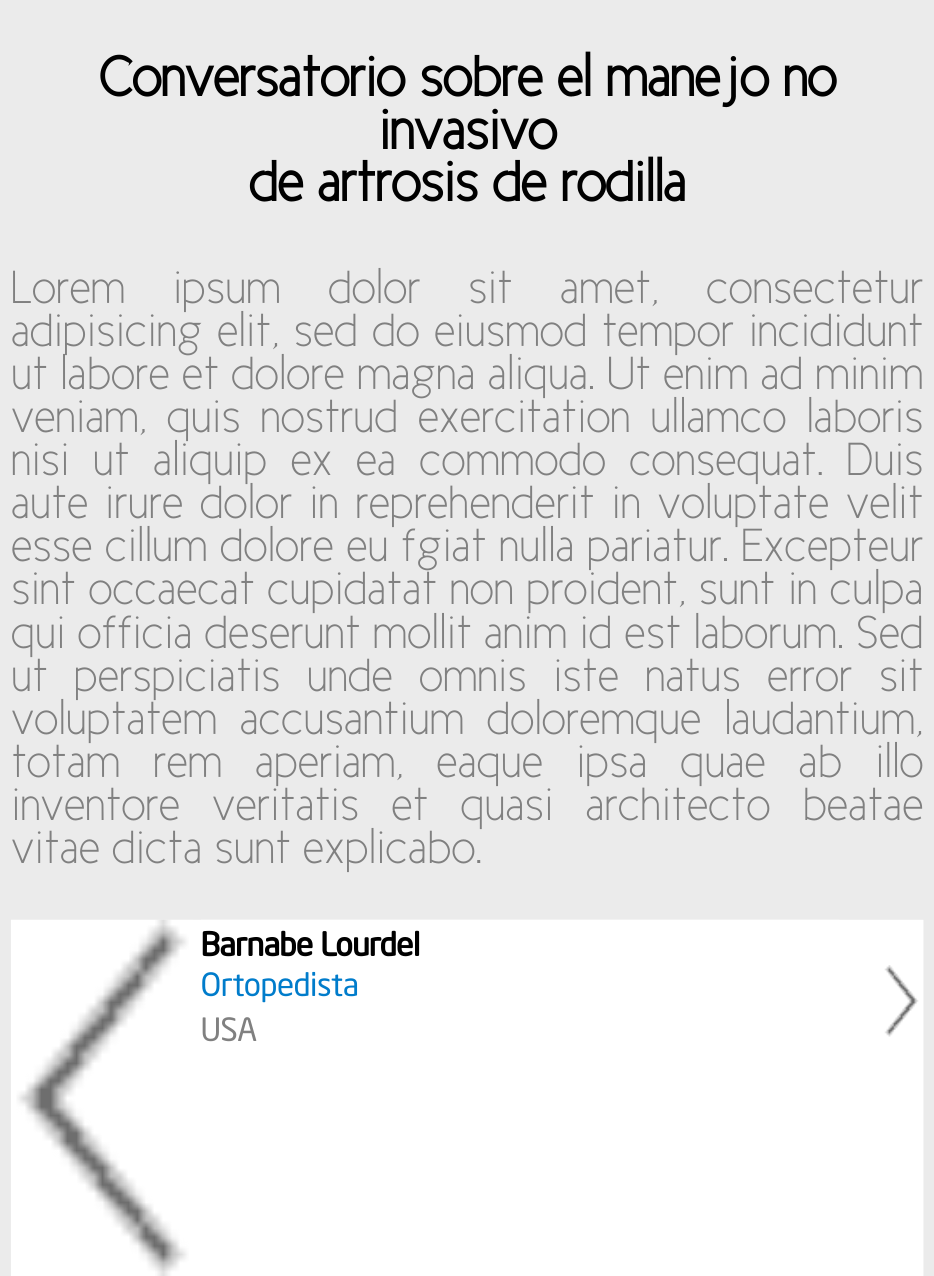
Repository: pacoigloo/Anexia
Page: home.html
The author's editor kept a record of every edit. The page is drawn from the files as they stood at one moment, then again after the next edit.
The browser window is 1280 px wide. The pictures show the whole page, at 73% of full size.

Above is the page before.

After the next edit:
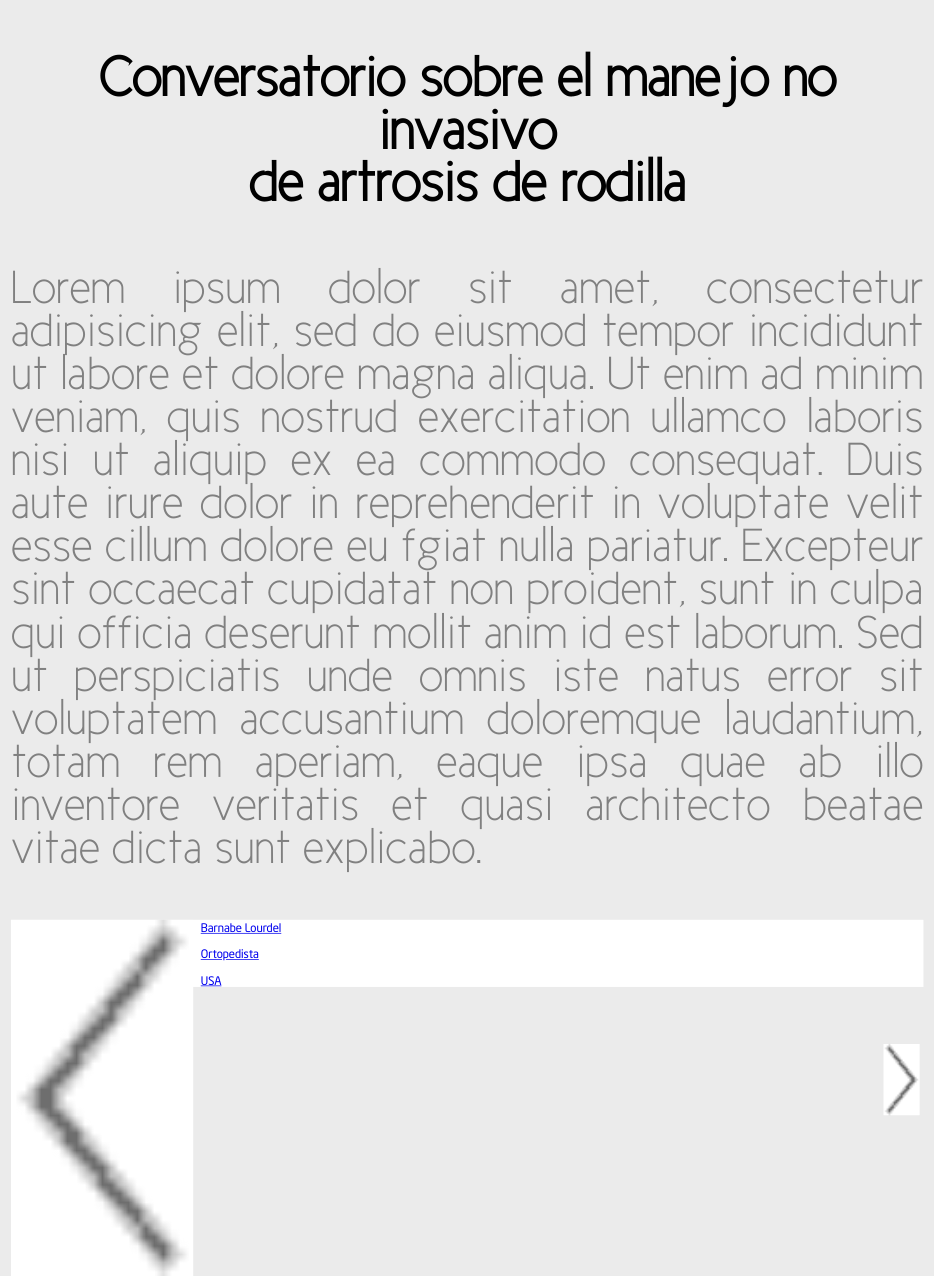
The edit:
--- a/home.html
+++ b/home.html
@@ -19,8 +19,10 @@
         totam rem aperiam, eaque ipsa quae ab illo inventore veritatis et quasi architecto beatae vitae dicta sunt explicabo.
     </p>
 </div>
+<a href="#/conferencista">
 <div id="btnContainer">
-    <div id="btnUno" class="btn"><img class="imgDoc" src="img/flecha-izquierda.png"></img><div class="btnTexto"><p class="nombre">Barnabe Lourdel</p><p class="prof">Ortopedista</p> <p class="pais">USA</p></div><img class="imgFlecha" id="flechaDer" src="img/flecha-derecha.png"></img></div>
+        <div id="btnUno" class="btn"><img class="imgDoc" src="img/flecha-izquierda.png"></img><div class="btnTexto"><p class="nombre">Barnabe Lourdel</p><p class="prof">Ortopedista</p> <p class="pais">USA</p></div><img class="imgFlecha" id="flechaDer" src="img/flecha-derecha.png"></img></div>
+    </a>
 </div>
 
 </body>
